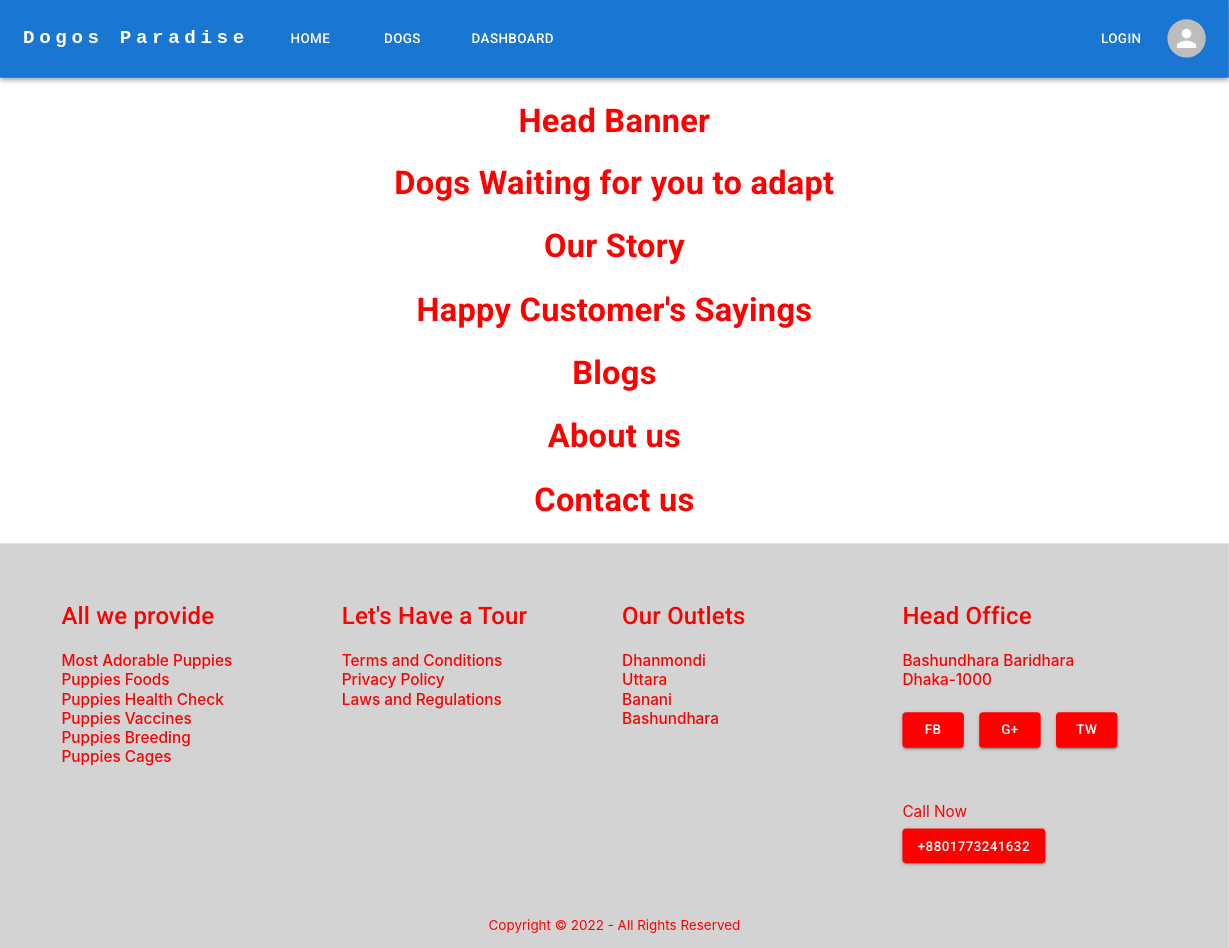
Repository: Sharif-00112/dogos-paradise-client
Page: /
An editor plug-in stored every save of this project. The page is shown before and after the next save, followed by the edit.
The browser window is 1280 px wide. The pictures show the whole page, at 96% of full size.
The page's requests for data from a server got no answer. The project was rebuilt for these pictures with package versions that can differ from the ones it lists, and the page was loaded fresh each time. Some packages were replaced by stand-ins written for this rebuild. No one was signed in, and anything a server would have sent is missing. Also part of the build but not shown: src/Pages/Login/Login/Login.js, src/Pages/Login/Register/Register.js, src/Pages/NotFound/NotFound.js.

Above is the page before, as saved 2022-11-30 23:26:07.

### public/index.html
<!DOCTYPE html>
<html lang="en">
  <head>
    <meta charset="utf-8" />
    <link rel="icon" href="%PUBLIC_URL%/favicon.ico" />
    <meta name="viewport" content="width=device-width, initial-scale=1" />
    <meta name="theme-color" content="#000000" />
    <meta
      name="description"
      content="Web site created using create-react-app"
    />
    <link
      rel="stylesheet" href="https://fonts.googleapis.com/css?family=Roboto:300,400,500,700&display=swap"
    />

    <link rel="apple-touch-icon" href="%PUBLIC_URL%/logo192.png" />
    <!--
      manifest.json provides metadata used when your web app is installed on a
      user's mobile device or desktop. See https://developers.google.com/web/fundamentals/web-app-manifest/
    -->
    <link rel="manifest" href="%PUBLIC_URL%/manifest.json" />
    <!--
      Notice the use of %PUBLIC_URL% in the tags above.
      It will be replaced with the URL of the `public` folder during the build.
      Only files inside the `public` folder can be referenced from the HTML.

      Unlike "/favicon.ico" or "favicon.ico", "%PUBLIC_URL%/favicon.ico" will
      work correctly both with client-side routing and a non-root public URL.
      Learn how to configure a non-root public URL by running `npm run build`.
    -->
    <title>React App</title>
  </head>
  <body>
    <noscript>You need to enable JavaScript to run this app.</noscript>
    <div id="root"></div>
    <!--
      This HTML file is a template.
      If you open it directly in the browser, you will see an empty page.

      You can add webfonts, meta tags, or analytics to this file.
      The build step will place the bundled scripts into the <body> tag.

      To begin the development, run `npm start` or `yarn start`.
      To create a production bundle, use `npm run build` or `yarn build`.
    -->
  </body>
</html>

### src/App.js
import React  from 'react';
import './App.css';
import { BrowserRouter as Router, Route, Routes} from 'react-router-dom';
import Home from './Pages/Home/Home/Home';
import Login from './Pages/Login/Login/Login';
import Register from './Pages/Login/Register/Register';
import AuthProvider from './contexts/AuthProvider/AuthProvider';
// import PrivateRoute from './Pages/Login/PrivateRoute/PrivateRoute';
import NotFound from './Pages/NotFound/NotFound';
import Contact from './Pages/Home/Contact/Contact';
import Story from './Pages/Home/Story/Story';
import CustomerReviews from './Pages/Home/CustomerReviews/CustomerReviews';
import Blogs from './Pages/Home/Blogs/Blogs';
import About from './Pages/Home/About/About';
import Dogs from './Pages/Home/Dogs/Dogs';
// import Footer from './Pages/Shared/Footer/Footer';
// import Dashboard from './Pages/Dashboard/Dashboard/Dashboard';

function App() {
  return (
    <div className="App">
      <AuthProvider>
        <Router>
          <Routes>
            <Route exact path = '/' element={<Home/>}/>
            <Route exact path = '/home' element={<Home/>}/>
            <Route exact path = '/login' element={<Login/>}/>
            <Route exact path = '/register' element={<Register/>}/>
            <Route exact path = '/contact' element={<Contact/>}/>
            <Route exact path = '/dogs' element={<Dogs/>}/>
            <Route exact path = '/story' element={<Story/>}/>
            <Route exact path = '/reviews' element={<CustomerReviews/>}/>
            <Route exact path = '/blogs' element={<Blogs/>}/>
            <Route exact path = '/about' element={<About/>}/>
            {/* <Route exact path = '/appointment' element = {
              <PrivateRoute>
                <Appointment></Appointment>
              </PrivateRoute>
            }> </Route> */}
            {/* <Route path = 'dashboard/*' element = {
              <PrivateRoute>
                <Dashboard></Dashboard>
              </PrivateRoute>
            }> </Route> */}
            <Route path = '*' element={<NotFound/>}/>
          </Routes>
          {/* <Footer></Footer> */}
        </Router>
      </AuthProvider>
    </div>
  );
}

export default App;

### src/Pages/Home/Home/Home.js
import React from 'react';
import Footer from '../../Shared/Footer/Footer';
import Navigation from '../../Shared/Navigation/Navigation';
import About from '../About/About';
import Banner from '../Banner/Banner';
import Blogs from '../Blogs/Blogs';
import Contact from '../Contact/Contact';
import CustomerReviews from '../CustomerReviews/CustomerReviews';
import Dogs from '../Dogs/Dogs';
import Story from '../Story/Story';

const Home = () => {
    return (
        <div>
            <Navigation></Navigation>
            <Banner></Banner>
            <Dogs></Dogs>
            <Story></Story>
            <CustomerReviews></CustomerReviews>
            <Blogs></Blogs>
            <About></About>
            <Contact></Contact>
            <Footer></Footer>
        </div>
    );
};

export default Home;

### src/contexts/AuthProvider/AuthProvider.js
import React from 'react';
import { createContext } from 'react';
import useFirebase from '../../hooks/useFirebase';

//step-1-context
export const AuthContext = createContext();

const AuthProvider = (props) => {
    //step-3-context
    const {children} = props;

    //step-5-context
    const allContexts = useFirebase();

    return (
        //step-2-context
        <AuthContext.Provider value={allContexts}>
            {children}
        </AuthContext.Provider>
    );
};

export default AuthProvider;

### src/Pages/Home/Contact/Contact.js
import React from 'react';
import { Typography } from '@mui/material';

const Contact = () => {
    return (
        <div>
            <Typography sx={{ m: 3, color: 'red', fontWeight: 600 }} variant="h4" component="div">
                Contact us
            </Typography>
        </div>
    );
};

export default Contact;

### src/Pages/Home/Story/Story.js
import React from 'react';
import { Typography } from '@mui/material';


const Story = () => {
    return (
        <div>
            <Typography sx={{ m: 3, color: 'red', fontWeight: 600 }} variant="h4" component="div">
                Our Story
            </Typography>
        </div>
    );
};

export default Story;

### src/Pages/Home/CustomerReviews/CustomerReviews.js
import React from 'react';
import { Typography } from '@mui/material';


const CustomerReviews = () => {
    return (
        <div>
            <Typography sx={{ m: 3, color: 'red', fontWeight: 600 }} variant="h4" component="div">
                Happy Customer's Sayings
            </Typography>
        </div>
    );
};

export default CustomerReviews;

### src/Pages/Home/Blogs/Blogs.js
import React from 'react';
import { Typography } from '@mui/material';


const Blogs = () => {
    return (
        <div>
            <Typography sx={{ m: 3, color: 'red', fontWeight: 600 }} variant="h4" component="div">
                Blogs
            </Typography>
        </div>
    );
};

export default Blogs;

### src/Pages/Home/About/About.js
import React from 'react';
import { Typography } from '@mui/material';

const About = () => {
    return (
        <div>
            <Typography sx={{ m: 3, color: 'red', fontWeight: 600 }} variant="h4" component="div">
                About us
            </Typography>
        </div>
    );
};

export default About;

### src/Pages/Home/Dogs/Dogs.js
import React from 'react';
import { Typography } from '@mui/material';

const Dogs = () => {
    return (
        <div>
            <Typography sx={{ m: 3, color: 'red', fontWeight: 600 }} variant="h4" component="div">
                Dogs Waiting for you to adapt
            </Typography>
        </div>
    );
};

export default Dogs;

### src/Pages/Shared/Navigation/Navigation.js
import React from 'react';
import AppBar from '@mui/material/AppBar';
import Box from '@mui/material/Box';
import Toolbar from '@mui/material/Toolbar';
import IconButton from '@mui/material/IconButton';
import Typography from '@mui/material/Typography';
import Menu from '@mui/material/Menu';
import MenuIcon from '@mui/icons-material/Menu';
import Container from '@mui/material/Container';
import Avatar from '@mui/material/Avatar';
import Button from '@mui/material/Button';
import Tooltip from '@mui/material/Tooltip';
import MenuItem from '@mui/material/MenuItem';
import { Link, NavLink } from 'react-router-dom';
import useAuth from '../../../hooks/useAuth';

const pages = [
    <Link
        style={{ textDecoration:'none', color:'white' }}
        to = '/home'>
        <Button sx={{mx:1}} color="inherit">Home</Button>
    </Link>,
    <Link
        style={{ textDecoration:'none', color:'white' }}
        to = '/dogs'>
        <Button sx={{mx:1}} color="inherit">Dogs</Button>
    </Link>,
    <Link
        style={{ textDecoration:'none', color:'white' }}
        to = '/dashboard'>
        <Button sx={{mx:1}} color="inherit">Dashboard</Button>
    </Link>
];
const settings = [
    <Link
        // style={{ textDecoration:'none', color:'white' }}
        style={{ textDecoration:'none' }}
        to = '/login'>
        {/* <Button color="inherit">Appointment</Button> */}
        Profile
    </Link>,
    <Link
        // style={{ textDecoration:'none', color:'white' }}
        style={{ textDecoration:'none' }}
        to = '/dashboard'>
        {/* <Button color="inherit">Appointment</Button> */}
        Dashboard
    </Link>
];

const Navigation = () => {
    const { user, logout } = useAuth();

    const [anchorElNav, setAnchorElNav] = React.useState(null);
    const [anchorElUser, setAnchorElUser] = React.useState(null);

    const handleOpenNavMenu = (event) => {
      setAnchorElNav(event.currentTarget);
    };
    const handleOpenUserMenu = (event) => {
      setAnchorElUser(event.currentTarget);
    };

    const handleCloseNavMenu = () => {
      setAnchorElNav(null);
    };

    const handleCloseUserMenu = () => {
      setAnchorElUser(null);
    };

    return (
        <div>
            <AppBar position="static">
                <Container maxWidth="xl">
                    <Toolbar disableGutters>
                    {/* <AdbIcon sx={{ display: { xs: 'none', md: 'flex' }, mr: 1 }} /> */}
                    <Typography
                        variant="h6"
                        noWrap
                        component="a"
                        href="/"
                        sx={{
                        mr: 2,
                        display: { xs: 'none', md: 'flex' },
                        fontFamily: 'monospace',
                        fontWeight: 700,
                        letterSpacing: '.3rem',
                        color: 'inherit',
                        textDecoration: 'none',
                        }}
                    >
                        Dogos Paradise
                    </Typography>

                    <Box sx={{ flexGrow: 1, display: { xs: 'flex', md: 'none' } }}>
                        <IconButton
                        size="large"
                        aria-label="account of current user"
                        aria-controls="menu-appbar"
                        aria-haspopup="true"
                        onClick={handleOpenNavMenu}
                        color="inherit"
                        >
                        <MenuIcon />
                        </IconButton>
                        <Menu
                        id="menu-appbar"
                        anchorEl={anchorElNav}
                        anchorOrigin={{
                            vertical: 'bottom',
                            horizontal: 'left',
                        }}
                        keepMounted
                        transformOrigin={{
                            vertical: 'top',
                            horizontal: 'left',
                        }}
                        open={Boolean(anchorElNav)}
                        onClose={handleCloseNavMenu}
                        sx={{
                            display: { xs: 'block', md: 'none' }
                        }}
                        >
                        {pages.map((page) => (
                            <MenuItem style={{backgroundColor: 'gray'}} key={page} onClick={handleCloseNavMenu}>
                            <Typography textAlign="center">{page}</Typography>
                            </MenuItem>
                        ))}
                        </Menu>
                    </Box>
                    {/* <AdbIcon sx={{ display: { xs: 'flex', md: 'none' }, mr: 1 }} /> */}
                    <Typography
                        variant="h5"
                        noWrap
                        component="a"
                        href=""
                        sx={{
                        mr: 2,
                        display: { xs: 'flex', md: 'none' },
                        flexGrow: 1,
                        fontFamily: 'monospace',
                        fontWeight: 700,
                        letterSpacing: '.3rem',
                        color: 'inherit',
                        textDecoration: 'none',
                        }}
                    >
                        Dogos Paradise
                    </Typography>
                    <Box sx={{ flexGrow: 1, display: { xs: 'none', md: 'flex', color:'gray' } }}>
                        {pages.map((page) => (
                        <Button
                            key={page}
                            onClick={handleCloseNavMenu}
                            sx={{ my: 2, color: 'white', display: 'block' }}
                        >
                            {page}
                        </Button>
                        ))}
                    </Box>

                    {
                        user?.email ?
                        <NavLink
                            style={{ textDecoration:'none', color:'white' }}
                            to = '/login'>
                            <Button sx={{ mx:2 }} onClick={logout} color="inherit">Logout</Button>
                        </NavLink>
                        :
                        <NavLink
                            style={{ textDecoration:'none', color:'white' }}
                            to = '/login'>
                            <Button sx={{ mx:2 }} color="inherit">Login</Button>
                        </NavLink>
                    }

                    <Box sx={{ flexGrow: 0 }}>
                        <Tooltip title={user.email}>
                        <IconButton onClick={handleOpenUserMenu} sx={{ p: 0 }}>
                            <Avatar alt={user.email} src={user.photoURL} />
                        </IconButton>
                        </Tooltip>
                        <Menu
                        sx={{ mt: '45px' }}
                        id="menu-appbar"
                        anchorEl={anchorElUser}
                        anchorOrigin={{
                            vertical: 'top',
                            horizontal: 'right',
                        }}
                        keepMounted
                        transformOrigin={{
                            vertical: 'top',
                            horizontal: 'right',
                        }}
                        open={Boolean(anchorElUser)}
                        onClose={handleCloseUserMenu}
                        >
                        {settings.map((setting) => (
                            <MenuItem key={setting} onClick={handleCloseUserMenu}>
                            <Typography textAlign="center">{setting}</Typography>
                            </MenuItem>
                        ))}
                        </Menu>
                    </Box>
                    </Toolbar>
                </Container>
            </AppBar>
        </div>
    );
};

export default Navigation;

### src/Pages/Home/Banner/Banner.js
import React from 'react';
import { Typography } from '@mui/material';

const Banner = () => {
    return (
        <div>
            <Typography sx={{ m: 3, color: 'red', fontWeight: 600 }} variant="h4" component="div">
                Head Banner
            </Typography>
        </div>
    );
};

export default Banner;

### src/hooks/useAuth.js
//step-6-context

import { useContext } from "react"
import { AuthContext } from "../../src/contexts/AuthProvider/AuthProvider"

const useAuth = () =>{
    return useContext(AuthContext);
}

export default useAuth;

### src/Pages/Login/Firebase/firebase.initialize.js
import { initializeApp } from "firebase/app";
import firebaseConfig from "./firebase.config";

const initializeAuthentication = () =>{
    initializeApp(firebaseConfig);
}

export default initializeAuthentication;

### src/Pages/Login/Firebase/firebase.config.js
// console.log(process.env);

const firebaseConfig = {
  apiKey: process.env.REACT_APP_FIREBASE_API_KEY,
  authDomain: process.env.REACT_APP_FIREBASE_AUTH_DOMAIN,
  projectId: process.env.REACT_APP_FIREBASE_PROJECT_ID,
  storageBucket: process.env.REACT_APP_FIREBASE_STORAGE_BUCKET,
  messagingSenderId: process.env.REACT_APP_FIREBASE_MESSAGING_SENDER_ID,
  appId: process.env.REACT_APP_FIREBASE_APP_ID,
  measurementId: process.env.REACT_APP_FIREBASE_MEASUREMENT_ID
};

export default firebaseConfig;

// .env.local
// REACT_APP_FIREBASE_API_KEY=AIzaSyCGaQ8G2l5KeOKX4bAJ7MC19oWW_2vnTNQ
// REACT_APP_FIREBASE_AUTH_DOMAIN=dogos-paradise.firebaseapp.com
// REACT_APP_FIREBASE_PROJECT_ID=dogos-paradise
// REACT_APP_FIREBASE_STORAGE_BUCKET=dogos-paradise.appspot.com
// REACT_APP_FIREBASE_MESSAGING_SENDER_ID=824394057307
// REACT_APP_FIREBASE_APP_ID=1:824394057307:web:727ac0c86627b9544a617e
// REACT_APP_FIREBASE_MEASUREMENT_ID=G-DL8JJ6MYSD

// const firebaseConfig = {
  // apiKey: "AIzaSyCGaQ8G2l5KeOKX4bAJ7MC19oWW_2vnTNQ",
  // authDomain: "dogos-paradise.firebaseapp.com",
  // projectId: "dogos-paradise",
  // storageBucket: "dogos-paradise.appspot.com",
  // messagingSenderId: "824394057307",
  // appId: "1:824394057307:web:727ac0c86627b9544a617e",
  // measurementId: "G-DL8JJ6MYSD"
// };

Loaded but not shown: src/index.js (common file); src/index.css (common file); src/reportWebVitals.js (common file); src/App.css (common file); src/hooks/useFirebase.js (273 lines, source omitted); src/Pages/Shared/Footer/Footer.js (150 lines, source omitted)

After the next save:
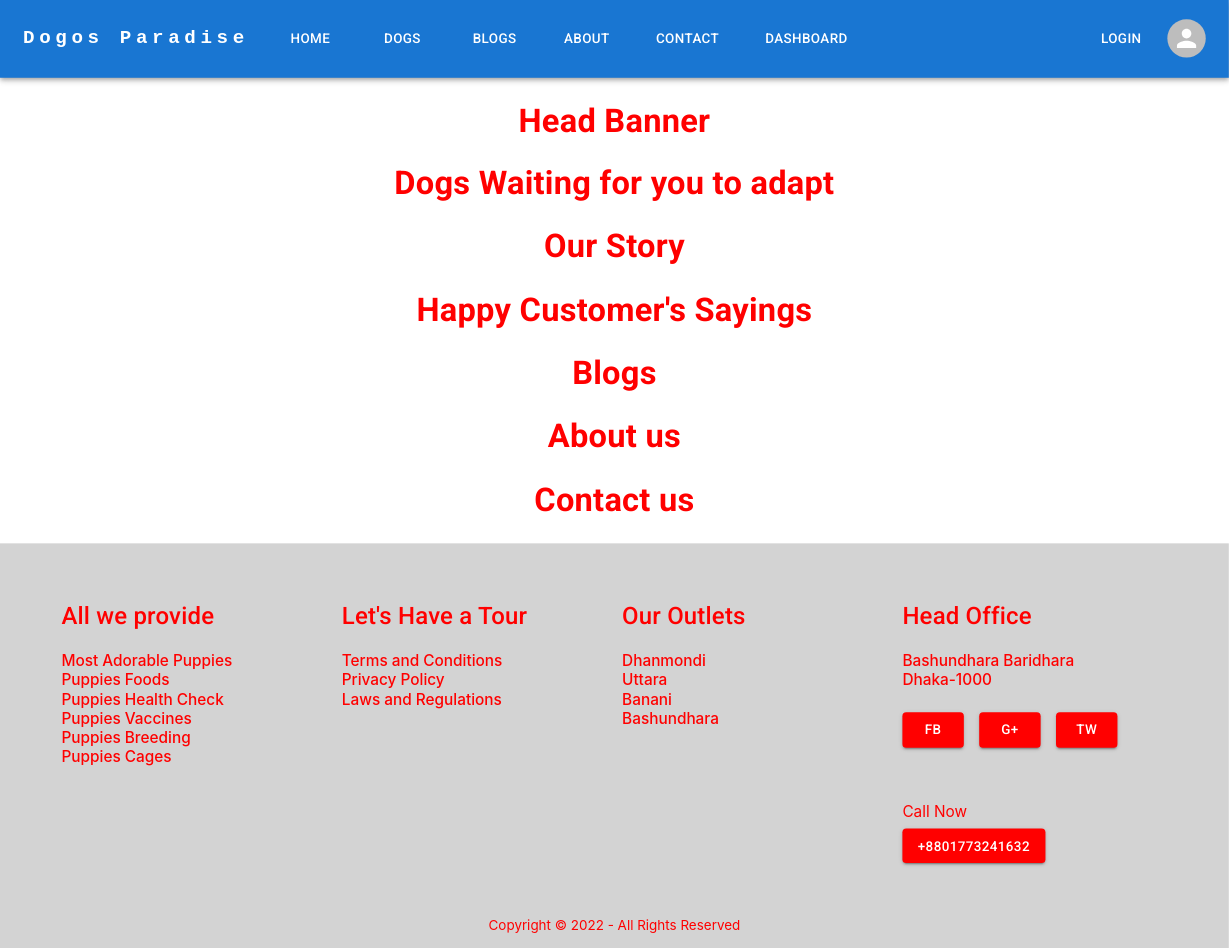
Saved 2 min 17 s later.
--- a/src/Pages/Shared/Navigation/Navigation.js
+++ b/src/Pages/Shared/Navigation/Navigation.js
@@ -27,9 +27,24 @@ const pages = [
     </Link>,
     <Link
         style={{ textDecoration:'none', color:'white' }}
+        to = '/blogs'>
+        <Button sx={{mx:1}} color="inherit">Blogs</Button>
+    </Link>,
+    <Link
+        style={{ textDecoration:'none', color:'white' }}
+        to = '/about'>
+        <Button sx={{mx:1}} color="inherit">About</Button>
+    </Link>,
+    <Link
+        style={{ textDecoration:'none', color:'white' }}
+        to = '/contact'>
+        <Button sx={{mx:1}} color="inherit">Contact</Button>
+    </Link>,
+    <Link
+        style={{ textDecoration:'none', color:'white' }}
         to = '/dashboard'>
         <Button sx={{mx:1}} color="inherit">Dashboard</Button>
-    </Link>
+    </Link>,
 ];
 const settings = [
     <Link
